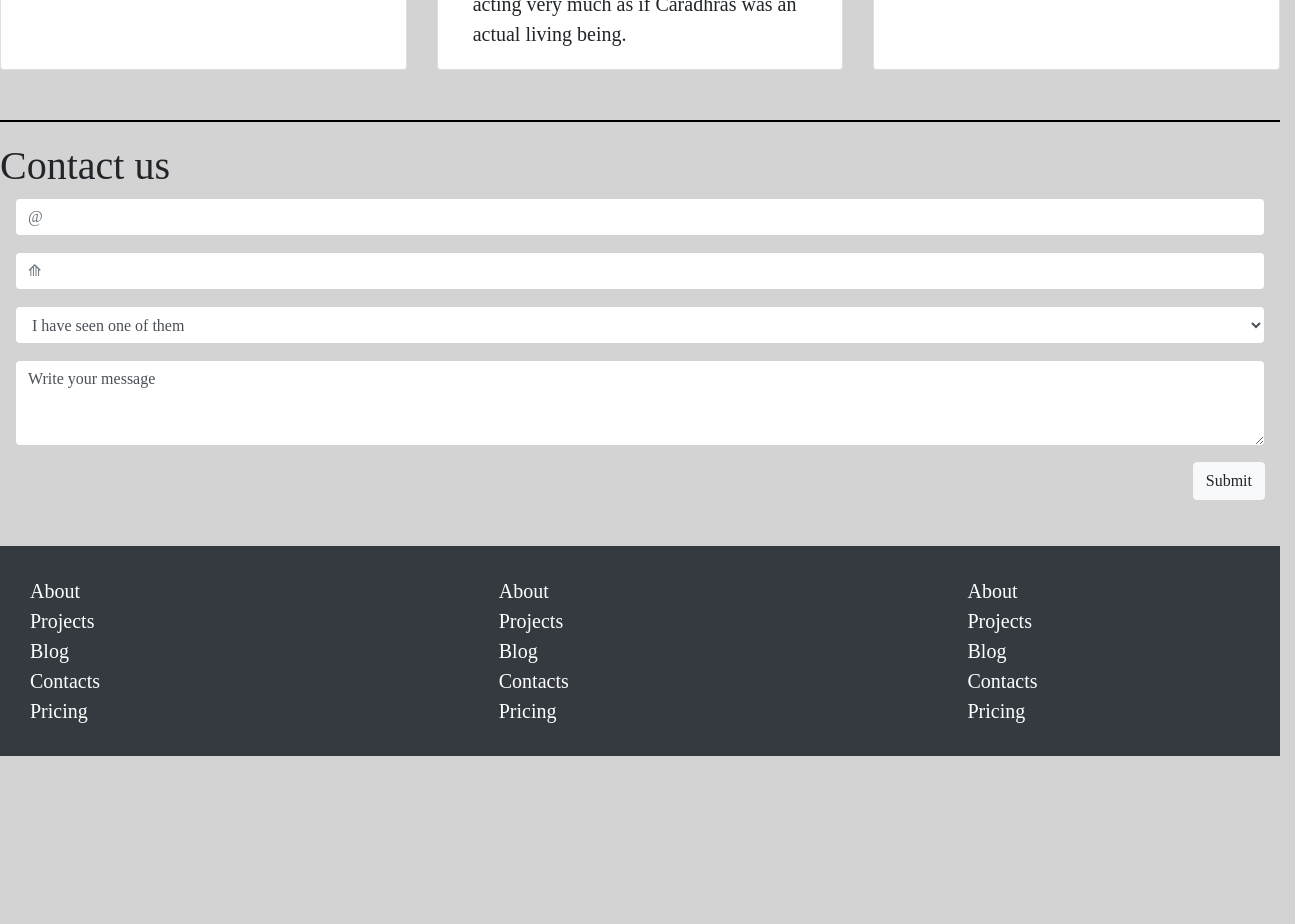
Repository: Khaleddwm/FindThePrecious
Page: index.html
An editor plug-in stored every save of this project. The page is shown before and after the next save, followed by the edit.
The browser window is 1280 px wide. The page is 1295 px wide, so the pictures cover 1295 px, including what lies to the right of the window. The pictures show the part of the page from y = 1790 to 2714 px (the page is 2714 px tall).
Some web fonts or font styles are not loaded; a fallback is used.

Above is the page before, as saved 2020-05-25 00:39:01.

After the next save:
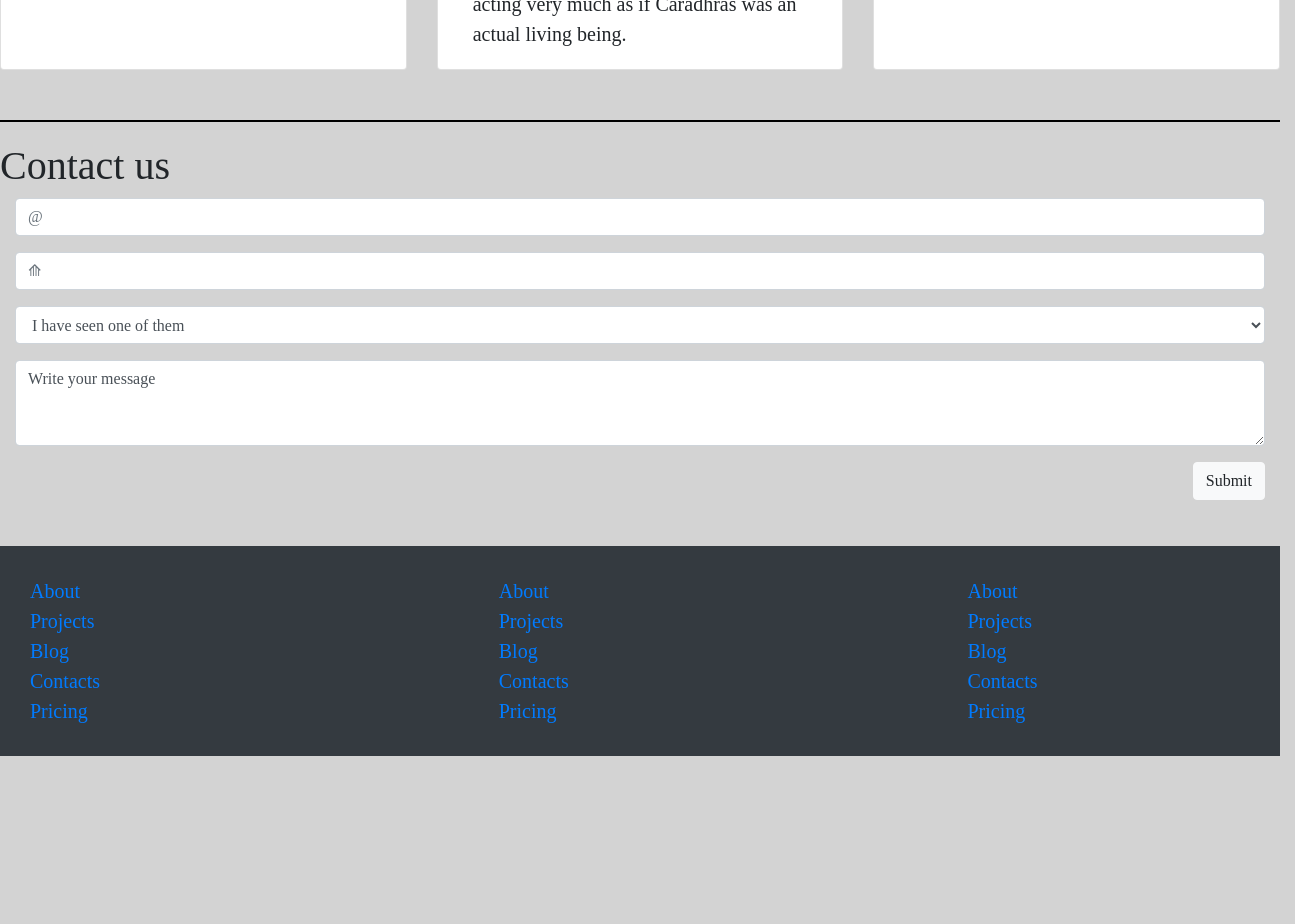
Saved 44 s later.
--- a/index.html
+++ b/index.html
@@ -130,7 +130,7 @@
             </div>
         </form>
     </div>
-    <footer class="section footer-classic context-dark bg-image bg-dark">
+    <footer class="bg-dark">
         <div class="container-fluid">
             <div class="d-flex justify-content-between">
                 <div class="col-md-4 col-xl-3">

After the save that followed:
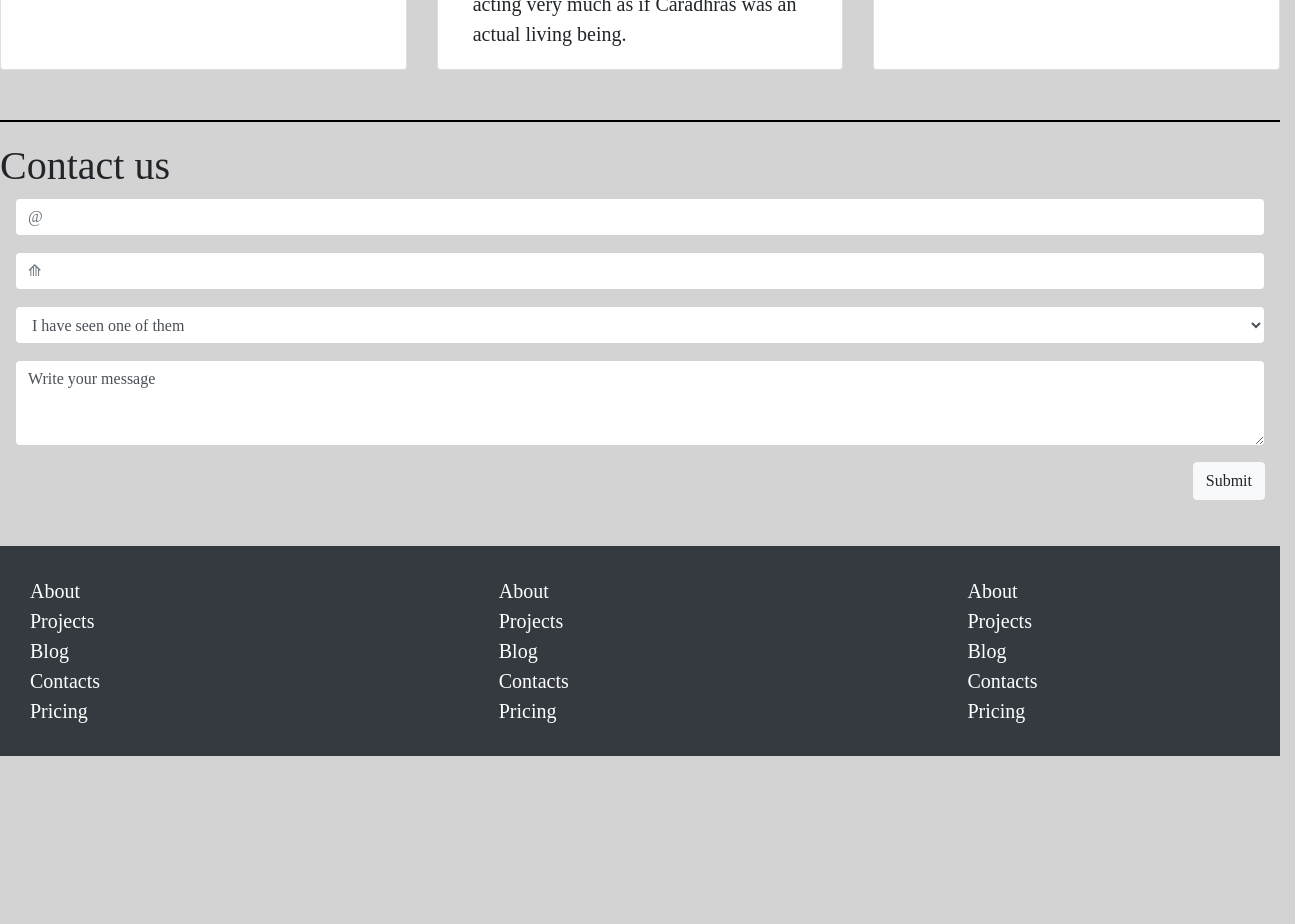
Saved 24 s later.
--- a/style.css
+++ b/style.css
@@ -86,7 +86,7 @@ footer .container-fluid {
 
 
 
-.footer-classic a {
+footer a {
     color: white;
 }
 
